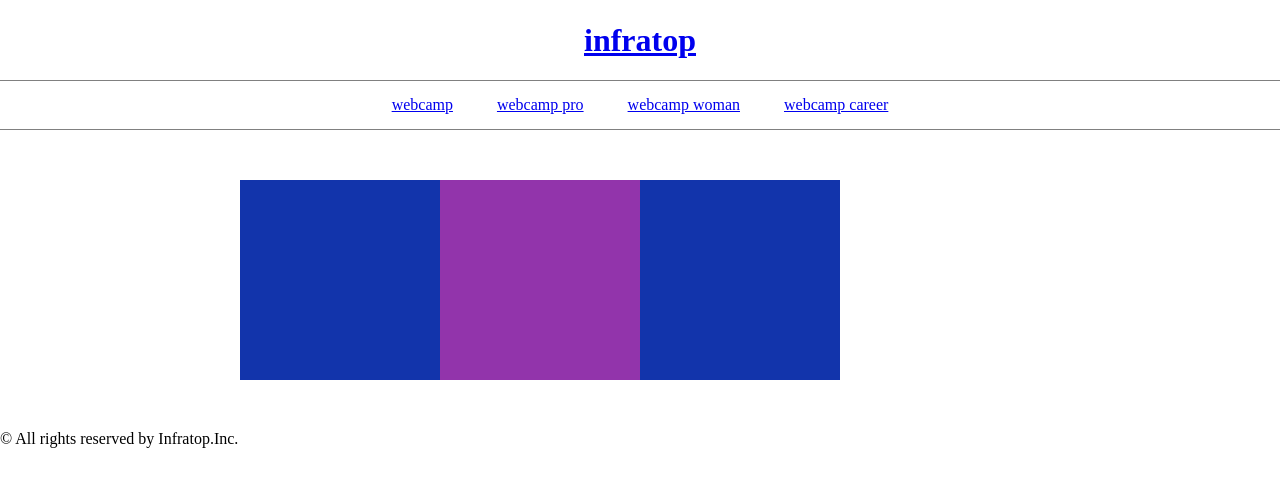
Repository: t-sato-infratop/environment
Page: chapter5_exercise/chapter5_exercise.html
The author's editor kept a record of every edit. The page is drawn from the files as they stood at one moment, then again after the next edit.
The browser window is 1280 px wide. The pictures show the whole page.

Above is the page before.

### chapter5_exercise/chapter5_exercise.html
<!DOCTYPE html>
<html lang="ja">
  <head>
    <meta charset="UTF-8" />
    <link rel="stylesheet" href="chapter5_exercise.css" />
    <title>CARAVAN</title>
  </head>

<body>
  <header>
    <h1 class="header">
      <a href="chapter5_exercise.html">
        infratop
      </a>
    </h1>
  </header>

  <nav>
    <ul class="nav-list">
      <li class="nav-list-item">
        <a href="chapter5_exercise">webcamp</a>
      </li>
      <li class="nav-list-item">
        <a href="chapter5_exercise">webcamp pro</a>
      </li>
      <li class="nav-list-item">
        <a href="chapter5_exercise">webcamp woman</a>
      </li>
      <li class="nav-list-item">
        <a href="chapter5_exercise">webcamp career</a>
      </li>
    </ul>
  </nav>

  <div class="main">
    <div class="box1"></div>
    <div class="box2"></div>
    <div class="box3"></div>
    <div class="box4"></div>
    <div class="box5"></div>
    <div class="box6"></div>
    <div class="box7"></div>
    <div class="box8"></div>
    <div class="box9"></div>
    <div class="box10"></div>
    <div class="box11"></div>
    <div class="box12"></div>
  </div>

  <footer>
    <p class="footer-text">© All rights reserved by Infratop.Inc.</p>
  </footer>

</body>

### chapter5_exercise/chapter5_exercise.css
* {
  margin: 0;
  padding: 0;
  box-sizing: border-box;
}


header {
  padding: 20px 0;
  line-height: 40px;
  text-align: center;
}

.nav-list {
  text-align: center;
  padding: 15px 0;
  margin: 0 auto;
  border-top: solid 1px gray;
  border-bottom: solid 1px gray;
}

.nav-list-item {
  list-style: none;
  display: inline-block;
  margin: 0 20px;
}

.main {
  margin: 50px auto;
  width: 800px;
  display: flex;
  flex-warp: warp;
}

.box1 {
  width: 200px;
  height: 200px;
  background-color: #1234ab
}

.box2 {
  width: 200px;
  height: 200px;
  background-color: #9234ab
}

.box3 {
  width: 200px;
  height: 200px;
  background-color: #1234ab
}

.box2 {
  width: 200px;
  height: 200px;
  background-color: #9234ab
}

After the next edit:
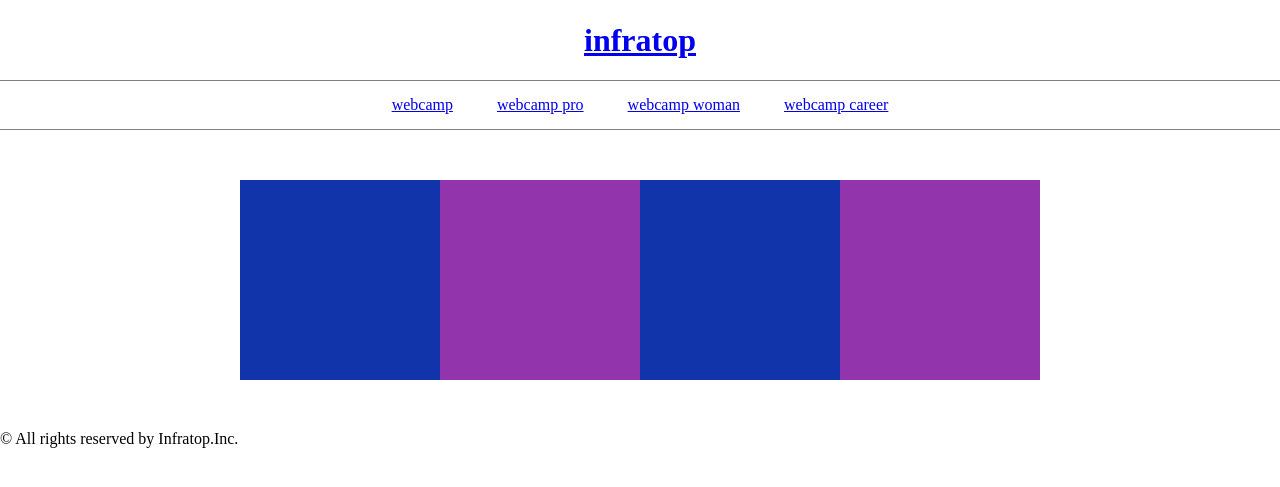
The edit:
--- a/chapter5_exercise/chapter5_exercise.css
+++ b/chapter5_exercise/chapter5_exercise.css
@@ -50,7 +50,7 @@
   background-color: #1234ab
 }
 
-.box2 {
+.box4 {
   width: 200px;
   height: 200px;
   background-color: #9234ab
